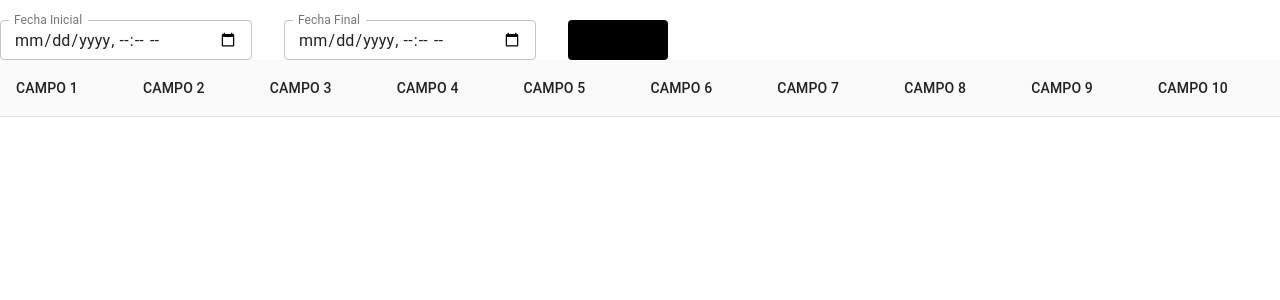
Repository: rafaelpc13/FRONT_RFNEW
Page: /
An editor plug-in stored every save of this project. The page is shown before and after the next save, followed by the edit.
The browser window is 1280 px wide. The pictures show the whole page.
The project was rebuilt for these pictures with package versions that can differ from the ones it lists, and the page was loaded fresh each time. Also part of the build but not shown: src/App.css.

Above is the page before, as saved 2022-10-29 11:31:30.

### public/index.html
<!DOCTYPE html>
<html lang="en">
  <head>
    <meta charset="utf-8" />
    <link rel="icon" href="%PUBLIC_URL%/favicon.ico" />
    <meta name="viewport" content="width=device-width, initial-scale=1" />
    <meta name="theme-color" content="#000000" />
    <meta
      name="description"
      content="Web site created using create-react-app"
    />
    <link rel="apple-touch-icon" href="%PUBLIC_URL%/logo192.png" />
    <!--
      manifest.json provides metadata used when your web app is installed on a
      user's mobile device or desktop. See https://developers.google.com/web/fundamentals/web-app-manifest/
    -->
    <link rel="manifest" href="%PUBLIC_URL%/manifest.json" />
    <!--
      Notice the use of %PUBLIC_URL% in the tags above.
      It will be replaced with the URL of the `public` folder during the build.
      Only files inside the `public` folder can be referenced from the HTML.

      Unlike "/favicon.ico" or "favicon.ico", "%PUBLIC_URL%/favicon.ico" will
      work correctly both with client-side routing and a non-root public URL.
      Learn how to configure a non-root public URL by running `npm run build`.
    -->
    <title>RIFAS</title>
  </head>
  <body>
    <noscript>You need to enable JavaScript to run this app.</noscript>
    <div id="root"  ></div>
    <!--
      This HTML file is a template.
      If you open it directly in the browser, you will see an empty page.

      You can add webfonts, meta tags, or analytics to this file.
      The build step will place the bundled scripts into the <body> tag.

      To begin the development, run `npm start` or `yarn start`.
      To create a production bundle, use `npm run build` or `yarn build`.
    -->
  </body>
</html>

### src/index.js
import React from 'react';
import ReactDOM from 'react-dom/client';
import './index.css';
import App from './App';
import reportWebVitals from './reportWebVitals';

const root = ReactDOM.createRoot(document.getElementById('root'));
root.render(

    <App  />

);

// If you want to start measuring performance in your app, pass a function
// to log results (for example: reportWebVitals(console.log))
// or send to an analytics endpoint. Learn more: https://bit.ly/CRA-vitals
reportWebVitals();

### src/App.js
import logo from './logo.svg';
import './App.css';
import { TableContainer, Table, TableBody, TableRow, TableCell, TableHead } from '@material-ui/core'
import { Input, TextField, Button} from '@material-ui/core'
function App() {
  return (
    <div className="App">
      <div style={{ display: 'flex', marginTop: '20px',gap:'2rem' }}>
        <TextField
          type="datetime-local"
          label="Fecha Inicial"
          variant="outlined"
          size="small"
          InputLabelProps={{
            shrink: true
          }}
        />

        <TextField
          type="datetime-local"
          label="Fecha Final"
          variant="outlined"
          size="small"
          InputLabelProps={{
            shrink: true
          }}
        />

        <Button style={{ background:"black" }}>
          Descargar</Button>

        {/* <h3>Restaurante</h3> */}

      </div>
      <TableContainer>
        <Table className="min-w-xl" stickyHeader aria-label="sticky table" aria-labelledby="tableTitle">
          <TableHead>
            <TableRow className="h-48 sm:h-64">
              <TableCell>CAMPO 1</TableCell>
              <TableCell>CAMPO 2</TableCell>
              <TableCell>CAMPO 3</TableCell>
              <TableCell>CAMPO 4</TableCell>
              <TableCell>CAMPO 5</TableCell>
              <TableCell>CAMPO 6</TableCell>
              <TableCell>CAMPO 7</TableCell>
              <TableCell>CAMPO 8</TableCell>
              <TableCell>CAMPO 9</TableCell>
              <TableCell>CAMPO 10</TableCell>
            </TableRow>
          </TableHead>
        </Table>
      </TableContainer>
    </div>
  );
}

export default App;

Loaded but not shown: src/index.css (common file); src/reportWebVitals.js (common file); src/App.css (no copy from this time; the picture is the same without it)

After the next save:
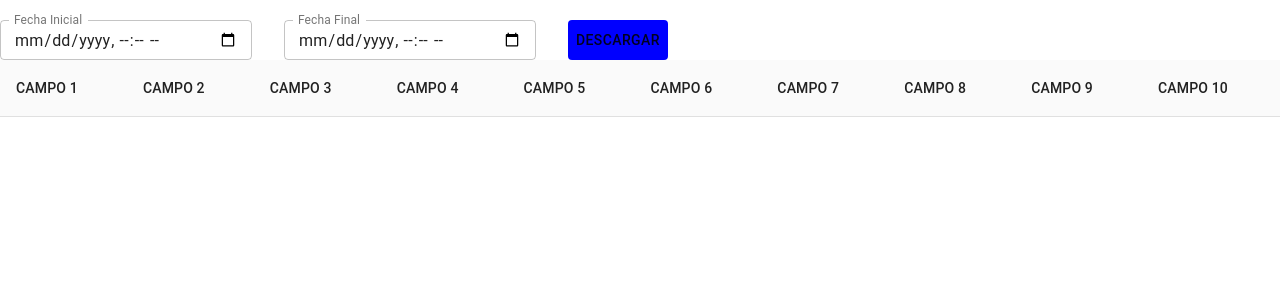
Saved 8 s later.
--- a/src/App.js
+++ b/src/App.js
@@ -26,7 +26,7 @@ function App() {
           }}
         />
 
-        <Button style={{ background:"black" }}>
+        <Button style={{ background:"blue" }}>
           Descargar</Button>
 
         {/* <h3>Restaurante</h3> */}
